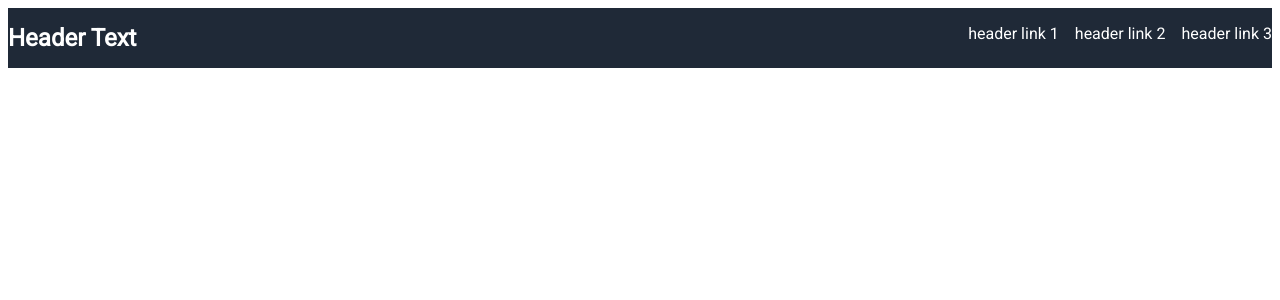
Repository: aaronestre/odin-landingpage
Page: index.html
An editor plug-in stored every save of this project. The page is shown before and after the next save, followed by the edit.
The browser window is 1280 px wide. The pictures show the whole page.

Above is the page before, as saved 2025-02-12 19:46:22.

### index.html
<!DOCTYPE html>
<html lang="en">
    <head>
        <meta charset="UTF-8" />
        <meta http-equiv="X-UA-Compatible" content="IE=edge" />
        <meta name="viewport" content="width=device-width, initial-scale=1.0" />
        <link rel="stylesheet" href="index.css" />
        <link
            href="http://fonts.googleapis.com/css?family=Roboto"
            rel="stylesheet"
            type="text/css"
        />
        <style>
            body {
                font-family: "Roboto", sans-serif;
            }
        </style>
        <title>Odin Landing Page</title>
    </head>
    <body>
        <div class="header">
            <h1>Header Text</h1>
            <div class="header-right">
                <p>header link 1</p>
                <p>header link 2</p>
                <p>header link 3</p>
            </div>
        </div>
    </body>
</html>

### index.css
.header {
    background-color: #1f2937;
    margin: 0;
    width: 100%;
    color: white;
    font-family: Roboto;
    display: flex;
    justify-content: space-between;
}

.header h1 {
    font-size: 24px;
}

.header-right {
    display: flex;
    justify-content: flex-end;
    gap: 16px;
}

After the next save:
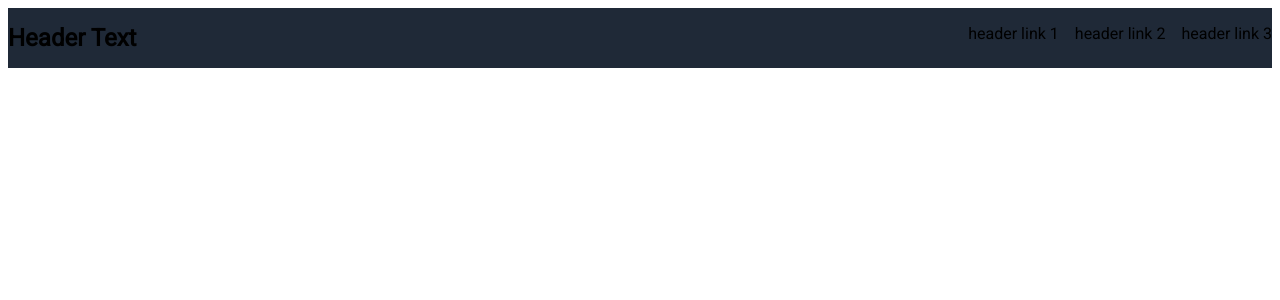
Saved 61 s later.
--- a/index.css
+++ b/index.css
@@ -1,7 +1,7 @@
 .header {
     background-color: #1f2937;
     margin: 0;
-    width: 100%;
+    width: 100%; !important
     color: white;
     font-family: Roboto;
     display: flex;

After the save that followed:
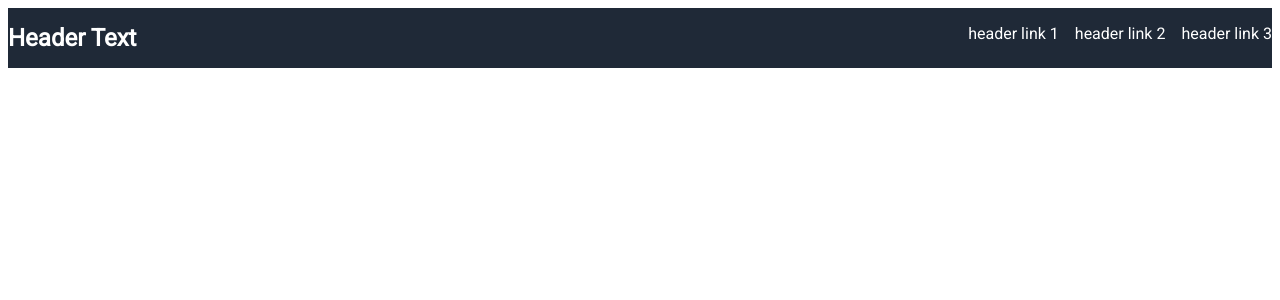
Saved 9 s later.
--- a/index.css
+++ b/index.css
@@ -1,7 +1,7 @@
 .header {
     background-color: #1f2937;
     margin: 0;
-    width: 100%; !important
+    width: 100% !important;
     color: white;
     font-family: Roboto;
     display: flex;
